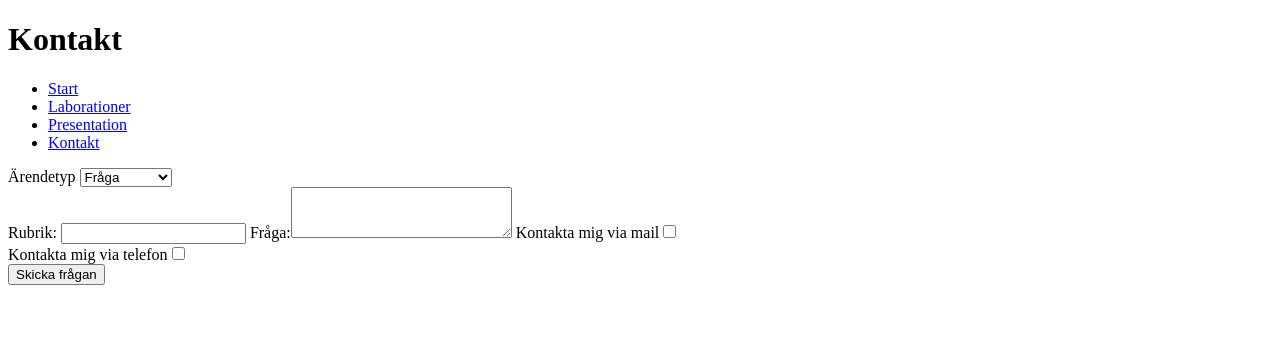
Repository: ulfek/laborationer
Page: pages/kontakt.html
The author's editor kept a record of every edit. The page is drawn from the files as they stood at one moment, then again after the next edit.
The browser window is 1280 px wide. The pictures show the whole page.

Above is the page before.

After the next edit:
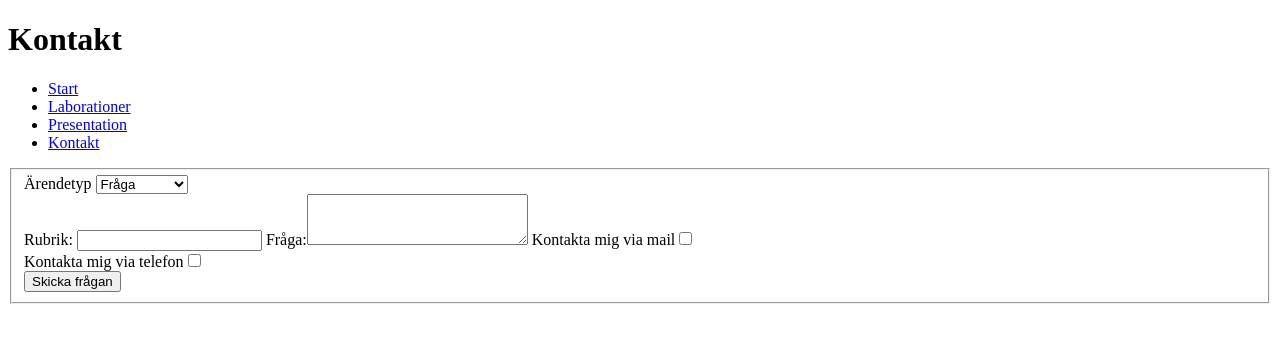
The edit:
--- a/pages/kontakt.html
+++ b/pages/kontakt.html
@@ -13,6 +13,7 @@
             <li><a href="#">Kontakt</a></li>
         </ul>
         <form>
+            <fieldset>
             Ärendetyp
             <select name="ärendetyp">
                 <option value=fråga>Fråga</option>
